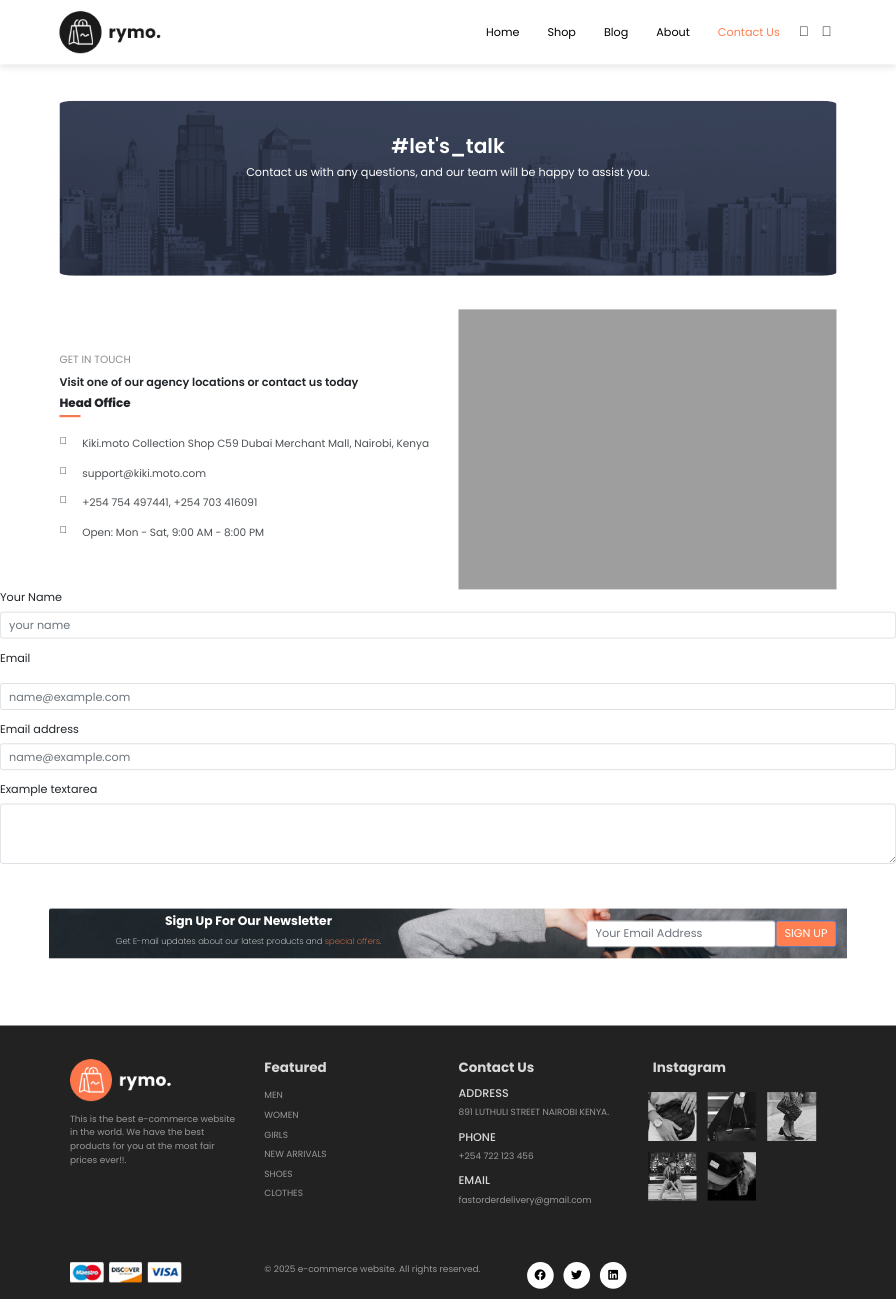
Repository: peter417waweru/e-commerce-UI
Page: contact.html
These files come from the project's save history. The page is drawn as it stood at one moment and after the next save; the edit follows.
The browser window is 1280 px wide. The pictures show the whole page, at 70% of full size.
Pictures or frames that could not be fetched are drawn as grey boxes. Some web libraries are served in a nearby version.

Above is the page before, as saved 2025-02-10 00:49:44.
Console error: TypeError: Cannot set properties of undefined (setting 'onclick')

### contact.html
<!DOCTYPE html>
<html lang="en">
    <head>

        <meta charset="UTF-8">
        <meta http-equiv="X-UA-Compatible" content="IE=edge">
        <meta name="viewport" content="width=device-width, initial-scale=1.0">
        <title>Ecommerce Website1</title>

        <link rel="stylesheet" href="https://cdn.jsdelivr.net/npm/bootstrap@4.1.3/dist/css/bootstrap.min.css"
        integrity="sha384-MCw98/SFnGE8fJT3GXwEOngsV7Zt27NXFoaoApmYm81iuXoPkFOJwJ8ERdknLPMO" crossorigin="anonymous">

        <link rel="stylesheet" href="https://pro.fontawesome.com/releases/v5.10.0/css/all.css" />

        <link rel="stylesheet" href="./style.css">
        <link rel="stylesheet" href="./about.css">
        <link rel="stylesheet" href="./contact.css">
    </head>

    <body>
        <nav class="navbar navbar-expand-lg navbar-light bg-white py-3 fixed-top">
            <div class="container">
              <img src="img/logo1.png" alt="">
              <button class="navbar-toggler" type="button" data-bs-toggle="collapse" data-bs-target="#navbarSupportedContent"
              aria-controls="navbarSupportedContent" aria-expanded="false" aria-label="Toggle navigation">
                <span><i id="bar" class="fas fa-bars"></i></span>
              </button>
              <div class="collapse navbar-collapse" id="navbarSupportedContent">
                <ul class="navbar-nav ml-auto">
                  <li class="nav-item">
                    <a class="nav-link " aria-current="page" href="#">Home</a>
                  </li>
                  <li class="nav-item">
                    <a class="nav-link" aria-current="page" href="shop.html">Shop</a>
                  </li>
                  <li class="nav-item">
                    <a class="nav-link" aria-current="page" href="#">Blog</a>
                  </li>
                  <li class="nav-item">
                    <a class="nav-link" aria-current="page" href="#">About</a>
                  </li>
                  <li class="nav-item">
                    <a class="nav-link active" aria-current="page" href="#">Contact Us</a>
                  </li>
                  <li class="nav-item">
                    <i class="fal fa-search"></i>
                    <i class="fal fa-shopping-bag"></i>
                  </li>


                </ul>

              </div>
            </div>
        </nav>

        <section id="page-header" class="container mt-5 pt-5">
           <div class="about-header">
            <h2 class="text-center mt-5 pt-5">#let's_talk</h2>
            <p class="text-center">Contact us with any questions, and our team will be happy to assist you.</p>
           </div>
        </section>

        <section id="contact-details" class="container mt-5">
            <div class="row d-flex align-items-center gap-4">
                <div class="details-side col-lg-6 col-md-6 col-12">
                    <span>GET IN TOUCH</span>
                    <h2>Visit one of our agency locations or contact us today</h2>
                    <h3>Head Office</h3>
                    <hr class="mt-1">
                    <li>
                        <i class="fal fa-map"></i>
                        <p>Kiki.moto Collection Shop C59
                            Dubai Merchant Mall, Nairobi, Kenya</p>
                    </li>
                    <li>
                        <i class="fal fa-envelope"></i>
                        <p>support@kiki.moto.com</p>
                    </li>
                    <li>
                        <i class="fal fa-phone-alt"></i>
                        <p>+254 754 497441,  +254 703 416091</p>
                    </li>
                    <li>
                        <i class="fal fa-clock"></i>
                        <p>Open: Mon - Sat, 9:00 AM - 8:00 PM</p>
                    </li>
                </div>
                <div class="map col-lg-6 col-md-6 col-12">
                    <iframe src="https://www.google.com/maps/embed?pb=!1m18!1m12!1m3!1d3988.
                    8308746660095!2d36.778592273500564!3d-1.2747547356105604!2m3!1f0!2f0!3f0!3m2!1i1024!2i768!4f13.1!3m3!1m2!1s0x182f1
                    9fd9b65c0ef%3A0xbac0db1b9cbf73e!2sArchives%20Tower%2C%20Nairobi!5e0!3m2!1ssw!2ske!4v1739129931160!5m2!1ssw!2ske" width="100%" height="350px" style="border:0;"
                     allowfullscreen="" loading="lazy" referrerpolicy="no-referrer-when-downgrade">
                    </iframe>
                </div>
            </div>
        </section>

        <section>
            <div class="mb-3">
                <label for="exampleFormControlInput1" class="form-label">Your Name</label>
                <input type="email" class="form-control" id="exampleFormControlInput1" placeholder="your name">
            </div>
            <div class="mb-3">
                <label for="exampleFormControlInput1" class="form-label">Email <address></address></label>
                <input type="email" class="form-control" id="exampleFormControlInput1" placeholder="name@example.com">
            </div>
            <div class="mb-3">
                <label for="exampleFormControlInput1" class="form-label">Email address</label>
                <input type="email" class="form-control" id="exampleFormControlInput1" placeholder="name@example.com">
            </div>
            <div class="mb-3">
                <label for="exampleFormControlTextarea1" class="form-label">Example textarea</label>
                <textarea class="form-control" id="exampleFormControlTextarea1" rows="3"></textarea>
            </div>
        </section>

        <section id="newsletter" class="container py-5">
            <div class="row align-items-center text-center text-lg-start">
                <div class="col-lg-6 col-md-12">
                    <h4 class="mt-2">Sign Up For Our Newsletter</h4>
                    <p>Get E-mail updates about our latest products and <span>special offers</span>.</p>
                </div>
                <div class="col-lg-6 col-md-12">
                    <form class="d-flex justify-content-center justify-content-lg-end">
                        <input type="email" class="form-control w-50 me-2" placeholder="Your Email Address">
                        <button class="btn btn-primary">Sign Up</button>
                    </form>
                </div>
            </div>
        </section>

        <footer class="mt-5">
            <div class="row container mx-auto pt-5">
              <div class="footer-one col-lg-3 col-md-6 col-12">
                <img src="img/logo2.png" alt="">
                <p class="pt-3">This is the best e-commerce website in the world.
                   We have the best products for you at the most fair prices ever!!.</p>
              </div>
              <div class="footer-one col-lg-3 col-md-6 col-12">
                <h4 class="pb-2">Featured</h4>
                <ul class="text-uppercase list-unstyled">
                  <li><a href="#">men</a></li>
                  <li><a href="#">women</a></li>
                  <li><a href="#">girls</a></li>
                  <li><a href="#">new arrivals</a></li>
                  <li><a href="#">shoes</a></li>
                  <li><a href="#">clothes</a></li>
                </ul>
              </div>
              <div class="footer-one col-lg-3 col-md-6 col-12 mb-3">
                <h4 class="pb-2">Contact Us</h4>
                <div>
                  <h6 class="text-uppercase">Address</h6>
                <p>891 LUTHULI STREET NAIROBI KENYA.</p>
                </div>
                <div>
                  <h6 class="text-uppercase">Phone</h6>
                <p>+254 722 123 456</p>
                </div>
                <div>
                  <h6 class="text-uppercase">Email</h6>
                <p>fastorderdelivery@gmail.com</p>
                </div>
              </div>
              <div class="footer-one col-lg-3 col-md-6 col-12 mb-3">
                <h4 class="pb-2">Instagram</h4>
                <div class="row">
                  <img class="img-fluid w-25 h-100 m-2" src="img/insta/1.jpg" alt="">
                  <img class="img-fluid w-25 h-100 m-2" src="img/insta/2.jpg" alt="">
                  <img class="img-fluid w-25 h-100 m-2" src="img/insta/3.jpg" alt="">
                  <img class="img-fluid w-25 h-100 m-2" src="img/insta/4.jpg" alt="">
                  <img class="img-fluid w-25 h-100 m-2" src="img/insta/5.jpg" alt="">
                </div>
              </div>
            </div>
            <div class="copyright mt-5">
              <div class="row container mx-auto">
                <div class="col-lg-3 col-md-6 col-12 mb-4">
                  <img class="img-fluid" src="img/payment.png" alt="">
                </div>
                <div class="col-lg-4 col-md-6 col-12 text-nowrap mb-2">
                  <p>© 2025 e-commerce website. All rights reserved.</p>
                </div>
                <div class="col-lg-4 col-md-6 col-12">
                  <a href="#"><i class="fab fa-facebook"></i></a>
                  <a href="#"><i class="fab fa-twitter"></i></a>
                  <a href="#"><i class="fab fa-linkedin"></i></a>
                </div>
              </div>
            </div>
        </footer>
    </body>

    <script src="https://cdn.jsdelivr.net/npm/@popperjs/core@2.9.1/dist/umd/popper.min.js"
        integrity="sha384-SR1sx49pcuLnqZUnnPwx6FCym0wLsk5JZuNx2bPPENzswTNFaQU1RDvt3wT4gWFG"
        crossorigin="anonymous">
    </script>
    <script src="https://cdn.jsdelivr.net/npm/bootstrap@5.0.0-beta3/dist/js/bootstrap.min.js"
        integrity="sha384-j0CNLUeiqtyaRmlzUHCPZ+Gy5fQu0dQ6eZ/xAww941Ai1SxSY+0EQqNXNE6DZiVc"
        crossorigin="anonymous">
    </script>
    <script src="scripts.js"></script>
</html>

### style.css
@import url("https://fonts.googleapis.com/css2?family=Poppins:wght@100;200;300;400;500;600;700;800;900&display=swap");
* {
  margin: 0;
  padding: 0;
  box-sizing: border-box;
}

body {
  font-family: "Poppins", sans-serif;
}

h1 {
  font-size: 2.5rem;
  font-weight: 700;
}

h2 {
  font-size: 1.8rem;
  font-weight: 600;
}

h3 {
  font-size: 1.4rem;
  font-weight: 800;
}

h4 {
  font-size: 1.1rem;
  font-weight: 600;
}

h5 {
  font-size: 1rem;
  font-weight: 400;
  color: #1d1d1d;
}

h6 {
  color: #d8d8d8;
}

hr {
  width: 30px;
  height: 2px;
  background-color: #fb774b;
}

.star {
  padding: 10px 0;
}

.star i{
  font-size: 0.8rem;
  color: goldenrod;
}

button {
  font-size: 0.8rem;
  font-weight: 700;
  outline: none;
  border: none;
  background-color: #1d1d1d;
  color: aliceblue;
  padding: 13px 30px;
  cursor: pointer;
  text-transform: uppercase;
  transition: 0.3s ease;
}

button:hover {
  background-color: #3a3833;
}

hr {
  width: 30px;
  height: 2px;

}

.navbar {
  font-size: 16px;
  background-color: #d8d8d8;
  top: 0;
  left: 0;
  box-shadow: 0 5px 10px rgba(0, 0, 0, 0.1);
}

.navbar-light .navbar-nav .nav-link{
  padding: 0 20px;
  color: black;
  transition: 0.3s ease;
}

.navbar-light .navbar-nav .nav-link:hover,
.navbar i:hover,
.navbar-light .navbar-nav .nav-link.active,
.navbar i.active
{
  color: coral;
}



.navbar i{
  font-size: 1.2rem;
  padding: 0 7px;
  cursor: pointer;
  transition: 0.3s ease;
}

/* Mobile Nav*/


.navbar-light .navbar-toggler{
  border: none;
  outline: none;
}

#bar {
  font-size: 1.5rem;
  padding: 7px;
  cursor: pointer;
  font-weight: 500;
  color: black;
  transition: 0.3s ease;
}

#bar:hover,
#bar.active{
  color: #fff;
}

@media only screen and (max-width: 990px) {

  body > nav > div > button:hover ,
  body > nav > div > button:focus {
    background-color: #fb774b;
  }

  body > nav > div > button:hover #bar,
  body > nav > div > button:focus #bar {
    background-color: #fb774b;
  }

  #navbarSupportedContent > ul {
    margin: 1rem;
    justify-content: flex-end;
    align-items: flex-end;
    text-align: right;
  }

  #navbarSupportedContent > ul > li:nth-child(n) > a {
    padding: 10px 0;
  }
}


#home {
  background-image: url("img/back.jpg");
  width: 100%;
  height: 100vh;
  background-size: cover;
  background-position: top 70px center;
  display: flex;
  flex-direction: column;
  align-items: flex-start;
  justify-content: center;

}

#home span{
  color: coral;
}

#new .one img{
  width: 100%;
  height: 100%;
  background-position: center center;
  background-repeat: no-repeat;
  background-size: cover;
  position: relative;
}


#new .row .one .details{
  position: absolute;
  width: 100%;
  height: 100%;
  top: 0;
  left: 0;
  transition: 0.3s ease;
}

#new .row .one:hover .details{
  cursor: pointer;
  background-color: rgba(255, 178, 178, 0.8);
}

#new .row .one .details button{
 display: inline-block;
 font-size: 14px;
 font-weight: 500;
 color: #2a2a2a;
 background: none;
 text-transform: uppercase;
 border-bottom: 1px solid #2a2a2a;
 padding: 1.5px;
 transform: translateY(70px);
 transition: 0.3s ease;
}

#new .row .one .details button:hover{
  cursor: pointer;
  color: #fff;
  border-bottom: 1px solid #fff;
}

#new .row .one:nth-child(1) .details{
  display: flex;
  justify-content: center;
  flex-direction: column;
  align-items: flex-start;
  text-align: start;
}

#new .row .one:nth-child(2) .details{
  display: flex;
  justify-content: center;
  flex-direction: column;
  align-items: center;
  text-align: center;
}

#new .row .one:nth-child(3) .details{
  display: flex;
  justify-content: center;
  flex-direction: column;
  align-items: flex-end;
  text-align: end;
}

/*Products*/

.product {
  cursor: pointer;
  margin-bottom: 2rem;
}

.product img{
  transition: 0.3s all;

}

.product img:hover{
  opacity: 0.7;
}

.product .buy-btn{
  background: #fb774b;
  transform: translateY(20px);
  opacity: 0;
  transition: 0.3s all;
}
.product:hover .buy-btn{
  transform: translateY(0px);
  opacity: 1;
}

#banner {
  background-image: url("img/banner/2.jpg");
  width: 100%;
  height: 60vh;
  background-size: cover;
  background-position: top 70px center;
  background-repeat: no-repeat;
  background-attachment: fixed;
  display: flex;
  flex-direction: column;
  align-items: flex-start;
  justify-content: center;
}

#banner h4{
  color: #D8D8D8;
}

#banner h1{
  color: #D8D8D8;
}

#banner button{
  background-color: #fb774b;
}

footer{
  background-color: #222222;
}

footer h4 {
  color: #D8D8D8;
  font-size: 1.2rem;
  font-weight: 700;
}

footer li {
  padding-bottom: 4px;
}

footer li a {
  font-size: 0.8rem;
  color: #999;
}

footer li a:hover {
  color: #D8D8D8;
}

footer p{
  color: #999;
  font-size: 0.8rem;
}

footer .copyright a{
  color: #000;
  width: 38px;
  height: 38px;
  background-color: #fff;
  display: inline-block;
  text-align: center;
  line-height: 38px;
  border-radius: 50%;
  transition: 0.3s ease;
  margin: 0 5px;

}

footer .copyright a:hover{
  color: #fff;
  background-color: #fb774b;
}

### about.css
#page-header .about-header{
    background-image: url("img/about/banner.png");
    background-position: center;
    background-size: cover;
    width: 100%;
    height: 250px;
    border-radius: 2%;
}

#page-header .about-header h2,
#page-header .about-header p{
    color: #fff;
}

#about-app .video{
    width: 70%;
    height: 100%;
    margin: 30px auto 0 auto;
}

#about-app .video video{
    width: 100%;
    height: 100%;
    border-radius: 20px;
}

#newsletter .row{
    background-image: url("img/banner/1.jpg");
}

#newsletter .row h4{
    color: #fff;
    font-weight: bold;
}

#newsletter .row p{
    color: #fff;
    font-weight: 200;
    font-size: 12px;
}

#newsletter .row p span{
    color: coral;
    font-weight: 250;
}

#newsletter .row p span:hover{
    cursor: pointer;
    color: #8d8d8d;
}

#newsletter .row button{
    background-color: coral;
}

#newsletter .row button:hover{
    background-color: #8d8d8d;

}

@media (max-width: 768px){
    #newsletter .row{
        margin: 0 auto 0 auto;
        padding-bottom: 20px;
    }
}

### contact.css
#contact-details .details-side span{
    color: #8d8d8d;
    font-size: 15px;
}

#contact-details .details-side h2{
    margin-top: 10px;
    columns: black;
    font-size: 16px;
}

#contact-details .details-side h3{
    margin-top: 10px;
    columns: black;
    font-size: 17px;
}

#contact-details .details-side li{
    list-style-type: none;
    display: flex;
    padding: 10px 0;
}

#contact-details .details-side li i{
    font-size: 14px;
    padding-right: 22px;
}
#contact-details .details-side li p{
    margin: 0;
    font-size: 15px;
    opacity: 0.8;
}

#contact-details .details-side li p:hover{
    color: coral;
    cursor: pointer;
    font-weight: 300;
}

#contact-details .map{
    width: 55%;
    height: 400px;
}

#contact-details .map iframe{
    width: 100%;
    height: 100%;
}

### scripts.js
var MainImg = document.getElementById('MainImg');
var SmallImg = document.getElementsByClassName('small-img');

SmallImg[0].onclick = function(){
    MainImg.src = SmallImg[0].src;
}
SmallImg[1].onclick = function(){
    MainImg.src = SmallImg[1].src;
}
SmallImg[2].onclick = function(){
    MainImg.src = SmallImg[2].src;
}
SmallImg[3].onclick = function(){
    MainImg.src = SmallImg[3].src;
}

After the next save:
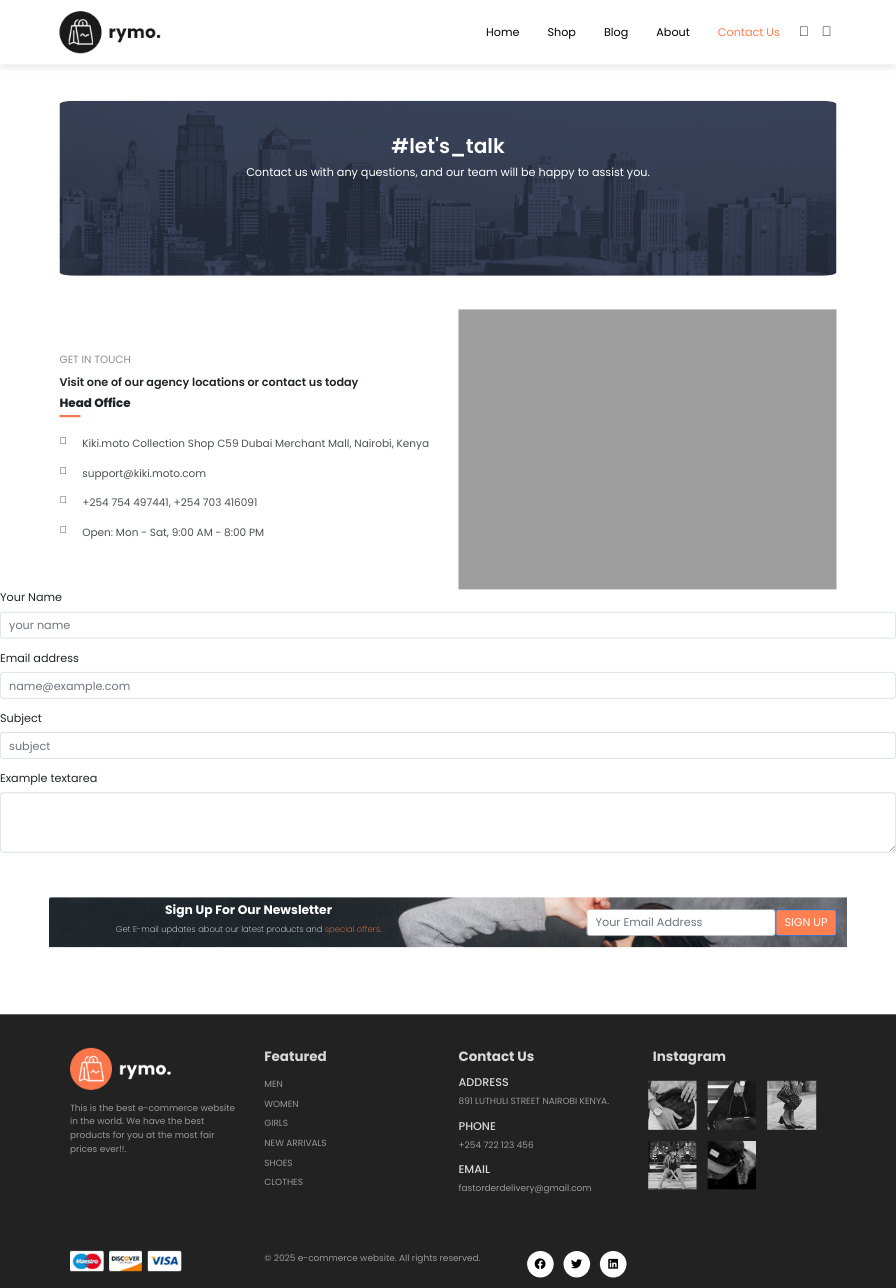
Saved 47 s later.
--- a/contact.html
+++ b/contact.html
@@ -102,12 +102,12 @@
                 <input type="email" class="form-control" id="exampleFormControlInput1" placeholder="your name">
             </div>
             <div class="mb-3">
-                <label for="exampleFormControlInput1" class="form-label">Email <address></address></label>
-                <input type="email" class="form-control" id="exampleFormControlInput1" placeholder="name@example.com">
-            </div>
-            <div class="mb-3">
                 <label for="exampleFormControlInput1" class="form-label">Email address</label>
                 <input type="email" class="form-control" id="exampleFormControlInput1" placeholder="name@example.com">
+            </div>
+            <div class="mb-3">
+                <label for="exampleFormControlInput1" class="form-label">Subject</label>
+                <input type="email" class="form-control" id="exampleFormControlInput1" placeholder="subject">
             </div>
             <div class="mb-3">
                 <label for="exampleFormControlTextarea1" class="form-label">Example textarea</label>
